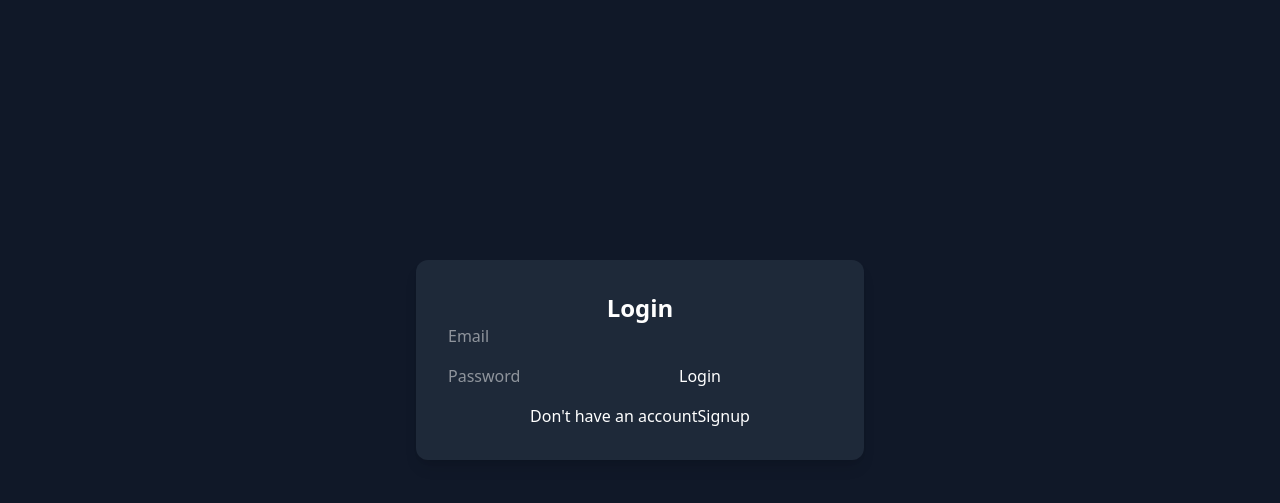
Repository: Reno-mathews/Kanban-Board-MERN
Page: / (app in frontend/)
An editor plug-in stored every save of this project. The page is shown before and after the next save, followed by the edit.
The browser window is 1280 px wide. The pictures show the whole page.
The project was rebuilt for these pictures with package versions that can differ from the ones it lists, and the page was loaded fresh each time. Also part of the build but not shown: frontend/vite.config.js, frontend/src/components/TaskCard.jsx, frontend/src/components/Column.jsx, frontend/src/components/SearchBar.jsx, frontend/src/components/AddTaskModal.jsx, frontend/src/components/EditTaskModal.jsx, frontend/src/hooks/useKanbanBoard.js, frontend/src/components/Board.jsx and 1 more.

Above is the page before, as saved 2026-01-29 09:53:58.

After the next save:
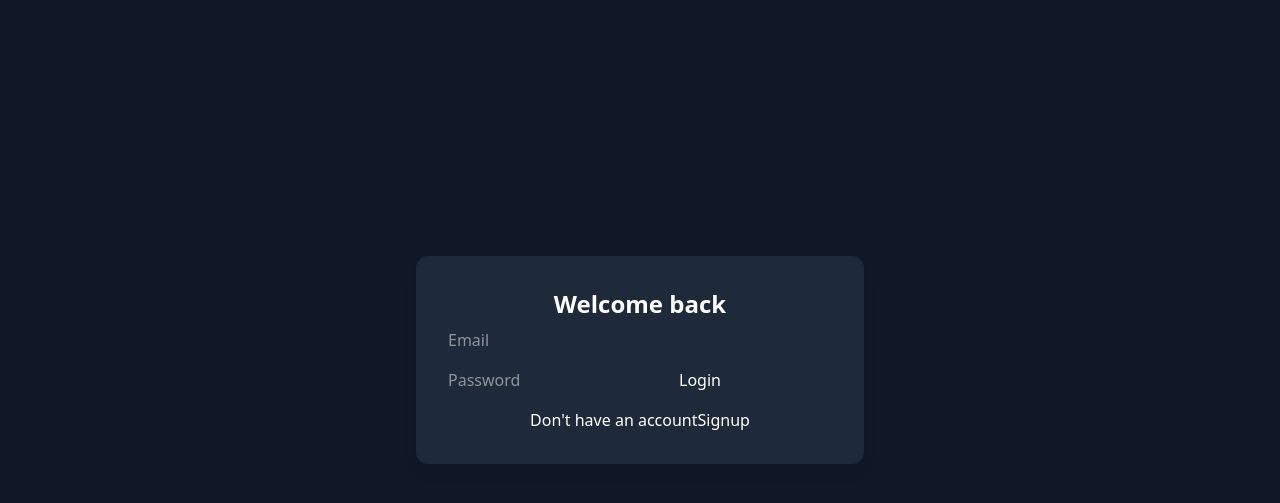
Saved 54 s later.
--- a/frontend/src/components/AuthForm.jsx
+++ b/frontend/src/components/AuthForm.jsx
@@ -11,8 +11,8 @@ function AuthForm ({
     return (
         <div className="min-h-screen flex items-center justify-center bg-gray-900">
             <div className="w-full max-w-md bg-gray-800 p-8 rounded-xl shadow-lg">
-                <h2 className="text-2xl font-bold text-center">
-                    { isSignup ? "Signup" : "Login"}
+                <h2 className="text-2xl font-bold text-center mb-2">
+                    { isSignup ? "Create an account" : "Welcome back"}
                 </h2>
 
                     <form
